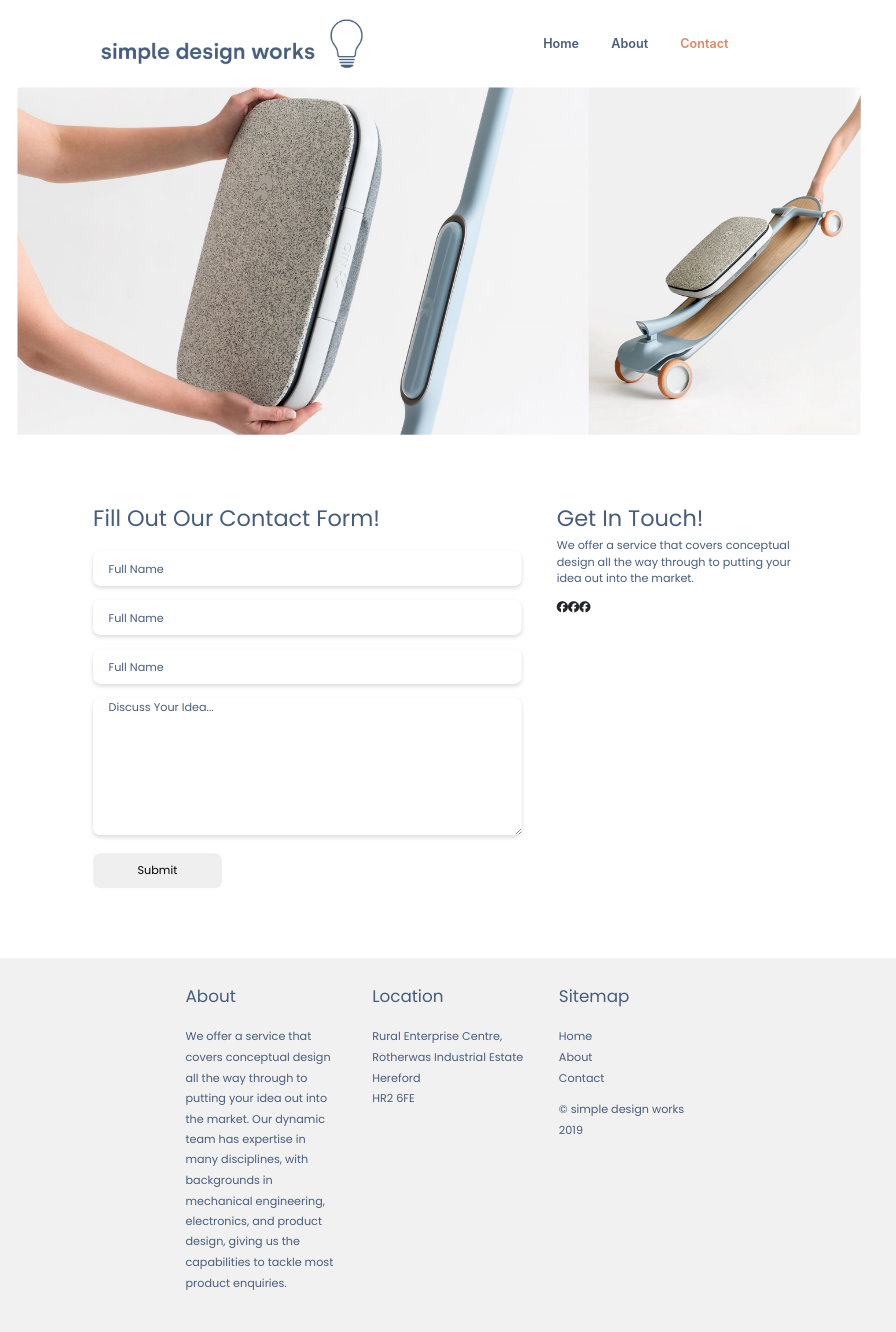
Repository: cobyfoster99/User-Centric-frontend-project
Page: contact.html
The author's editor kept a record of every edit. The page is drawn from the files as they stood at one moment, then again after the next edit.
The browser window is 1280 px wide. The pictures show the whole page, at 70% of full size.
Some web libraries are served in a nearby version.

Above is the page before.

After the next edit:
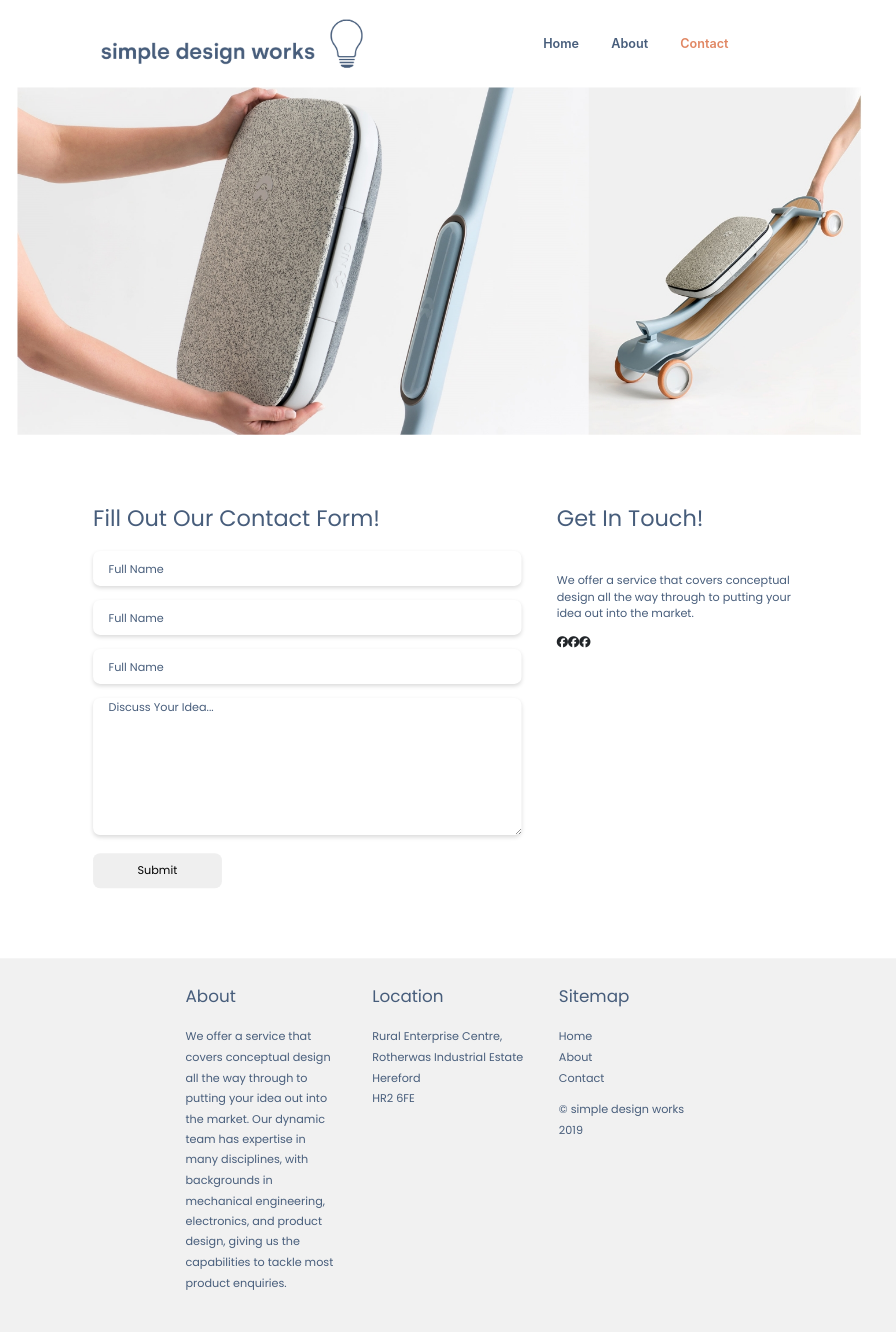
The edit:
--- a/assets/css/style.css
+++ b/assets/css/style.css
@@ -504,4 +504,6 @@
     display: inline-block;
 }
 
-.contact-info-p {}
+.contact-info-p {
+    padding-top: 50px;
+}
